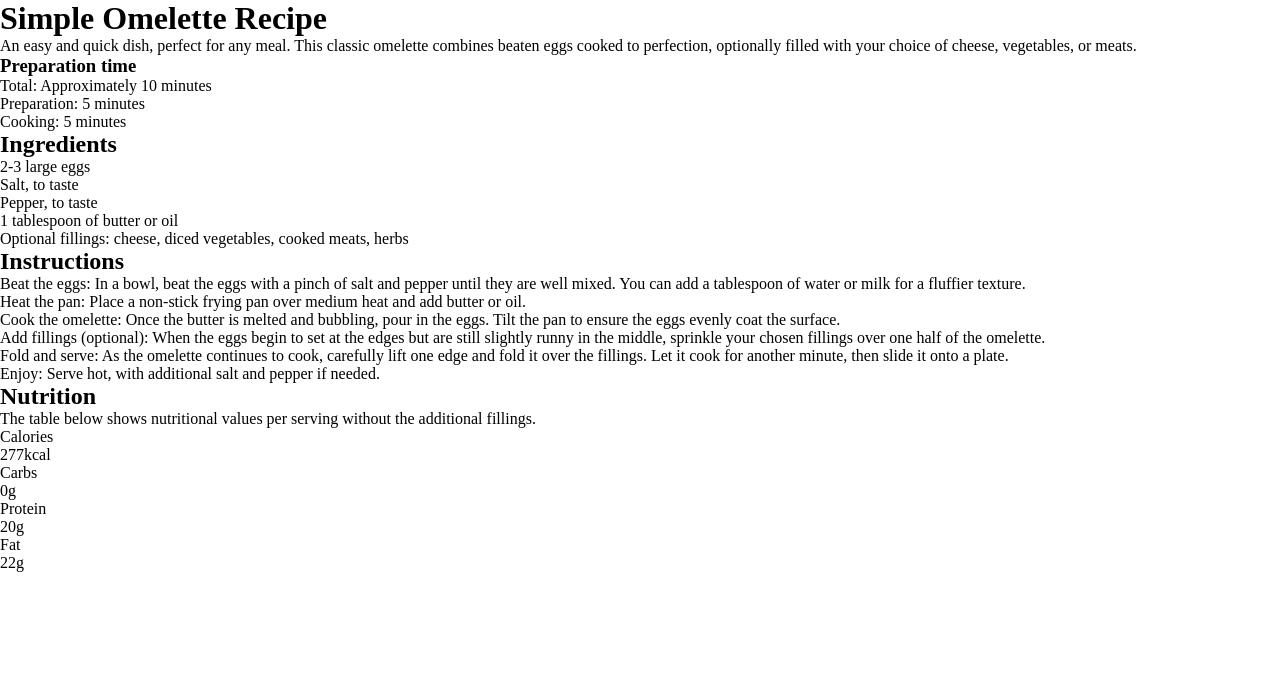
Repository: reemoon-ctrl/mine-recipe-page-main
Page: index1.html
These files come from the project's save history. The page is drawn as it stood at one moment and after a run of saves; the edit follows.
The browser window is 1280 px wide. The pictures show the whole page.

Above is the page before, as saved 2024-08-11 13:46:03.

After the next 6 saves:
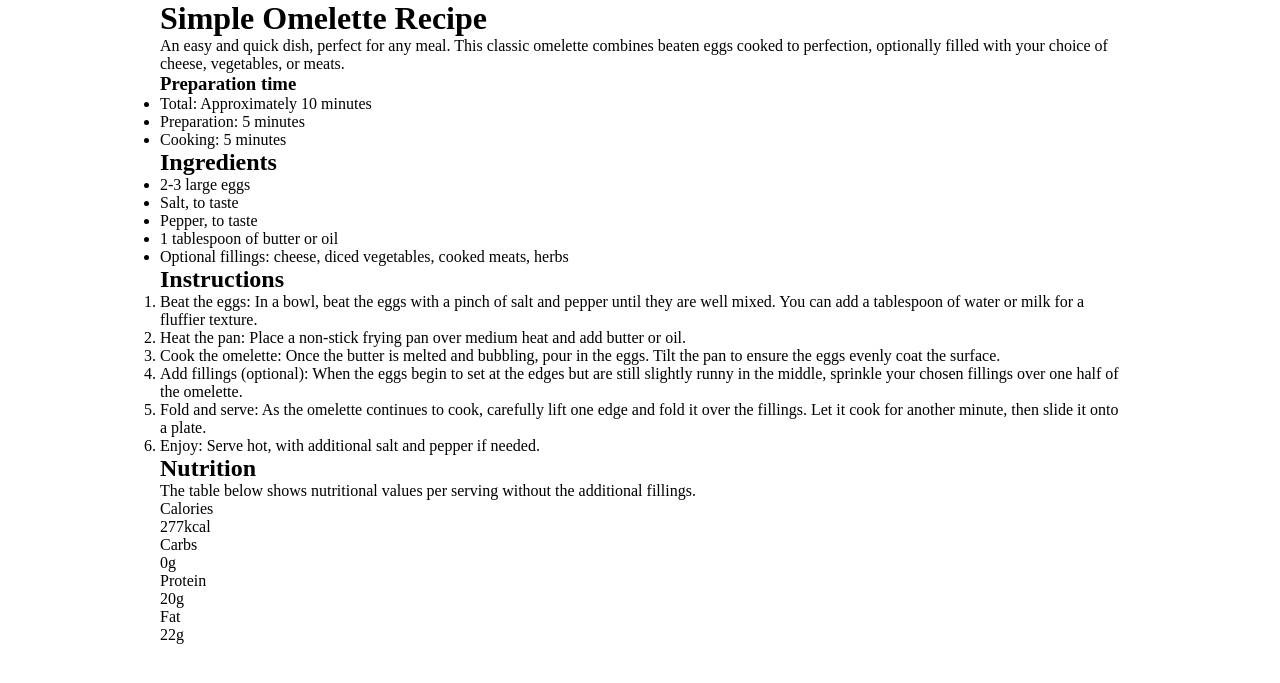
The 6 saves are shown as one change because they came seconds apart.
The last was saved 17 s later.
--- a/style.css
+++ b/style.css
@@ -7,7 +7,9 @@ body{
     height: 100vh;
     width: 100vw;
 }
-.rec-imgrec-img
+.rec-img{
+
+}
 .container{
     margin: auto;
     max-width:960px;
